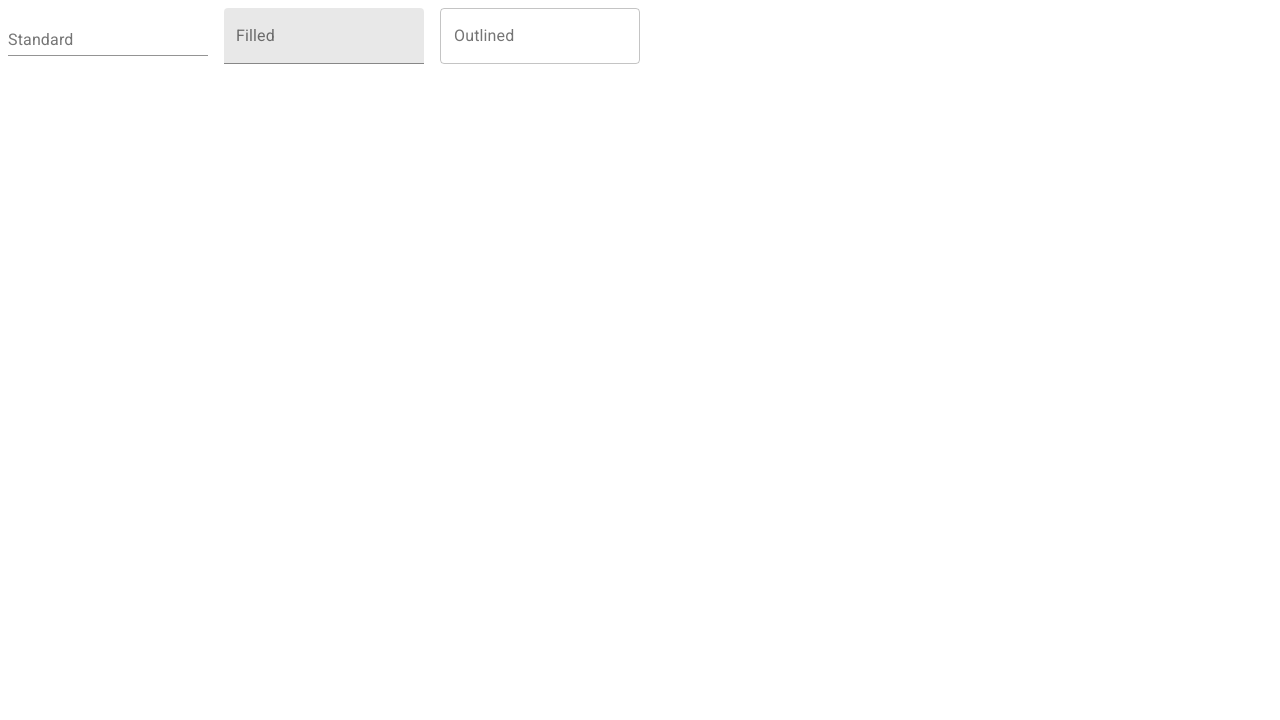
Repository: ukiyah/test
Page: /form_daily_report (app in src/)
The author's editor kept a copy of each file at every save. The page is drawn from the files as they stood at one save, then again after the next save.
The browser window is 1280 px wide. The pictures show the whole page.
The project was rebuilt for these pictures with package versions that can differ from the ones it lists, and the page was loaded fresh each time. Also part of the build but not shown: src/Button.js, src/proposal/Table.js, src/proposal/list_proposal.js, src/Title.js, src/Chart.js, src/Deposits.js, src/Orders.js, src/Dashboard.js and 8 more.

Above is the page before, as saved 2020-02-26 13:31:02.

### src/index.css
body {
  margin: 0;
  font-family: -apple-system, BlinkMacSystemFont, 'Segoe UI', 'Roboto', 'Oxygen',
    'Ubuntu', 'Cantarell', 'Fira Sans', 'Droid Sans', 'Helvetica Neue',
    sans-serif;
  -webkit-font-smoothing: antialiased;
  -moz-osx-font-smoothing: grayscale;
}

code {
  font-family: source-code-pro, Menlo, Monaco, Consolas, 'Courier New',
    monospace;
}

.button {
  color: #000;
}

h1 {
  text-align: center;
  color:#29B6F6;
  font-weight: normal;
}

### src/App.js
import React from 'react';
import 'typeface-roboto';
import {
  BrowserRouter,
  Route
} from "react-router-dom";
import list_proposal from "./proposal/list_proposal";
import Dashboard from "./Dashboard";
import list_interview from "./interview/list_interview";
import list_closing from "./closing/list_closing";
import list_appointment from "./appointment/list_appointment";
import list_daily_report from "./daily_report/list_daily_report";
import form_daily_report from "./daily_report/form_daily_report";
class App extends React.Component{

  render() {
    return (
      <div>

        <BrowserRouter>
          <div>
            <Route exact path="/" component={Dashboard} />
            <Route path="/list_proposal" component={list_proposal} />
            <Route path="/list_interview" component={list_interview} />
            <Route path="/list_closing" component={list_closing} />
            <Route path="/list_appointment" component={list_appointment} />
            <Route path="/list_daily_report" component={list_daily_report} />
            <Route path="/form_daily_report" component={form_daily_report} />
          </div>
        </BrowserRouter>
        {/* <ClippedDrawer /> */}
      </div>
    );
  }

}

export default App;

### src/daily_report/form_daily_report.js
import React from 'react';
import { makeStyles } from '@material-ui/core/styles';
import TextField from '@material-ui/core/TextField';

const useStyles = makeStyles(theme => ({
  root: {
    '& > *': {
      margin: theme.spacing(1),
      width: 200,
    },
  },
}));

export default function BasicTextFields() {
  const classes = useStyles();

  return (
    <form className={classes.root} noValidate autoComplete="off">
      <TextField id="standard-basic" label="Standard" />
      <TextField id="filled-basic" label="Filled" variant="filled" />
      <TextField id="outlined-basic" label="Outlined" variant="outlined" />
    </form>
  );
}

### src/Drawer.js
import React from 'react';
import { makeStyles } from '@material-ui/core/styles';
import Drawer from '@material-ui/core/Drawer';
import AppBar from '@material-ui/core/AppBar';
import CssBaseline from '@material-ui/core/CssBaseline';
import Toolbar from '@material-ui/core/Toolbar';
import Typography from '@material-ui/core/Typography';
import SimpleTable from "./proposal/Table";
import NestedList from "./NestedList";
const drawerWidth = 240;

const useStyles = makeStyles(theme => ({
  root: {
    display: 'flex',
  },
  appBar: {
    zIndex: theme.zIndex.drawer + 1,
  },
  drawer: {
    width: drawerWidth,
    flexShrink: 0,
  },
  drawerPaper: {
    width: drawerWidth,
  },
  content: {
    flexGrow: 1,
    padding: theme.spacing(3),
  },
  toolbar: theme.mixins.toolbar,
}));

export default function ClippedDrawer() {
  const classes = useStyles();

  return (
    <div className={classes.root}>
      <CssBaseline />
      <AppBar position="fixed" className={classes.appBar}>
        <Toolbar>
          <Typography variant="h6" noWrap>
            BudgetPerformanceManager
          </Typography>
        </Toolbar>
      </AppBar>
      <Drawer
        className={classes.drawer}
        variant="permanent"
        classes={{
          paper: classes.drawerPaper,
        }}
      >
        <div className={classes.toolbar} />
        <NestedList />
      </Drawer>

    </div>
  );
}

### src/daily_report/Table.js
import React from 'react';
import { makeStyles } from '@material-ui/core/styles';
import Table from '@material-ui/core/Table';
import TableBody from '@material-ui/core/TableBody';
import TableCell from '@material-ui/core/TableCell';
import TableContainer from '@material-ui/core/TableContainer';
import TableHead from '@material-ui/core/TableHead';
import TableRow from '@material-ui/core/TableRow';
import Paper from '@material-ui/core/Paper';
import ContainedButtons from "../Button";
import Button from '@material-ui/core/Button';
import Drawer from "../Drawer";

const useStyles = makeStyles({
  table: {
    minWidth: 650,
  },
});

function createData(date, name, impression) {
  return { date, name, impression};
}

const rows = [
  createData('2020/02/15', '山田太郎', '稼働中エンジニアの要望をしっ…'),
  createData('2020/02/15', '山田太郎', '稼働中エンジニアの要望をしっ…'),
  createData('2020/02/15', '山田太郎', '稼働中エンジニアの要望をしっ…'),
  createData('2020/02/15', '山田太郎', '稼働中エンジニアの要望をしっ…'),
  createData('2020/02/15', '山田太郎', '稼働中エンジニアの要望をしっ…'),
];

export default function SimpleTable() {
  const classes = useStyles();

  return (
    <div>
      <TableContainer component={Paper}>
        <Table className={classes.table} aria-label="simple table">
          <TableHead>
            <TableRow>
              <TableCell>日付</TableCell>
              <TableCell align="center">作成者</TableCell>
              <TableCell align="center">所感・自営業日の目標</TableCell>
              <TableCell align="center">編集</TableCell>
            </TableRow>
          </TableHead>
          <TableBody>
            {rows.map(row => (
              <TableRow key={row.date}>
                <TableCell component="th" scope="row">
                  {row.date}
                </TableCell>
                <TableCell align="center">{row.name}</TableCell>
                <TableCell align="center">{row.impression}</TableCell>

                <TableCell align="center">
                  <Button variant="contained" style={{marginLeft: 10}}>編集</Button>
                  <Button variant="contained" style={{marginLeft: 10}}>削除</Button>
                </TableCell>
              </TableRow>
            ))}
          </TableBody>
        </Table>
      </TableContainer>
    </div>

  );
}

### src/NestedList.js
import React from 'react';
import { makeStyles } from '@material-ui/core/styles';
import ListSubheader from '@material-ui/core/ListSubheader';
import List from '@material-ui/core/List';
import ListItem from '@material-ui/core/ListItem';
import ListItemIcon from '@material-ui/core/ListItemIcon';
import ListItemText from '@material-ui/core/ListItemText';
import Collapse from '@material-ui/core/Collapse';
import InboxIcon from '@material-ui/icons/MoveToInbox';
import DraftsIcon from '@material-ui/icons/Drafts';
import SendIcon from '@material-ui/icons/Send';
import ExpandLess from '@material-ui/icons/ExpandLess';
import ExpandMore from '@material-ui/icons/ExpandMore';
import StarBorder from '@material-ui/icons/StarBorder';
import AccountCircle from '@material-ui/icons/AccountCircle';
import Divider from '@material-ui/core/Divider';
import Link from '@material-ui/core/Link';
const useStyles = makeStyles(theme => ({
  root: {
    width: '100%',
    maxWidth: 360,
    backgroundColor: theme.palette.background.paper,
  },
  nested: {
    paddingLeft: theme.spacing(4),
  },
}));

export default function NestedList() {
  const classes = useStyles();
  const [open1, setOpen1] = React.useState(true);
  const [open2, setOpen2] = React.useState(true);
  const [open3, setOpen3] = React.useState(true);
  const [open4, setOpen4] = React.useState(true);

  const handleClick1 = () => {
    setOpen1(!open1);
  };
  const handleClick2 = () => {
    setOpen2(!open2);
  };
  const handleClick3 = () => {
    setOpen3(!open3);
  };
  const handleClick4 = () => {
    setOpen4(!open4);
  };
  return (
    <List
      component="nav"
      aria-labelledby="nested-list-subheader"
      subheader={
        <ListSubheader component="div" id="nested-list-subheader">
          BudgetPerformanceManager
        </ListSubheader>
      }
      className={classes.root}
    >
      <div style={{ marginTop: 10, marginBottom: 10 }}>
        <ListItem button onClick={handleClick1}>
          <ListItemIcon>
            <AccountCircle />
          </ListItemIcon>
          <ListItemText primary="Ukiya Horibe" />
          {open1 ? <ExpandLess /> : <ExpandMore />}
        </ListItem>
        <Collapse in={open1} timeout="auto" unmountOnExit>
          <List component="div" disablePadding>
            <ListItem button className={classes.nested}>
              {/* <ListItemIcon>
              <StarBorder />
            </ListItemIcon> */}
              <ListItemText primary="設定" />
            </ListItem>
            <ListItem button className={classes.nested}>
              <ListItemText primary="ログアウト" />
            </ListItem>
          </List>
        </Collapse>
      </div>
      <Divider light />
      <div style={{ marginTop: 10 }}>
        <ListItem button onClick={handleClick2}>
          <Link href="form_daily_report" >
            <ListItemText primary="日報入力" />
          </Link>
          {open2 ? <ExpandLess /> : <ExpandMore />}
        </ListItem>
        <Collapse in={open2} timeout="auto" unmountOnExit>
          <List component="div" disablePadding>
            <ListItem button className={classes.nested}>
              <ListItemText primary="提案" />
            </ListItem>
            <ListItem button className={classes.nested}>
              <ListItemText primary="アポイント報告" />
            </ListItem>
            <ListItem button className={classes.nested}>
              <ListItemText primary="訪問報告" />
            </ListItem>
          </List>
        </Collapse>
      </div>
      <div style={{ marginTop: 10 }}>
        <ListItem button onClick={handleClick3}>
          <Link href="list_interview" >
            <ListItemText primary="面談一覧" />
          </Link>

          {open3 ? <ExpandLess /> : <ExpandMore />}
        </ListItem>
        <Collapse in={open3} timeout="auto" unmountOnExit>
          <List component="div" disablePadding>
            <ListItem button className={classes.nested}>
              <ListItemText primary="調整中" />
            </ListItem>
            <ListItem button className={classes.nested}>
              <ListItemText primary="設定済" />
            </ListItem>
            <ListItem button className={classes.nested}>
              <ListItemText primary="実施済" />
            </ListItem>
          </List>
        </Collapse>
      </div>
      <div style={{ marginTop: 10 }}>
        <ListItem button>
          <Link href="/list_daily_report" >
            <ListItemText primary="日報一覧" />
          </Link>
        </ListItem>
      </div>
      <div style={{ marginTop: 10 }}>
        <ListItem button onClick={handleClick4}>
          <ListItemText primary="その他の一覧" />

          {open4 ? <ExpandLess /> : <ExpandMore />}
        </ListItem>
        <Collapse in={open4} timeout="auto" unmountOnExit>
          <List component="div" disablePadding>
            <ListItem button className={classes.nested}>
              <Link href="/list_proposal" >
                <ListItemText primary="提案" />
              </Link>

            </ListItem>
            <ListItem button className={classes.nested}>
              <Link href="/list_closing" >
                <ListItemText primary="成約" />
              </Link>
            </ListItem>
            <ListItem button className={classes.nested}>
              <Link href="/list_appointment" >
                <ListItemText primary="架電報告" />
              </Link>
            </ListItem>
          </List>
        </Collapse>
      </div>
    </List>
  );
}

Loaded but not shown: src/index.js (common file); src/serviceWorker.js (common file)

After the next save:
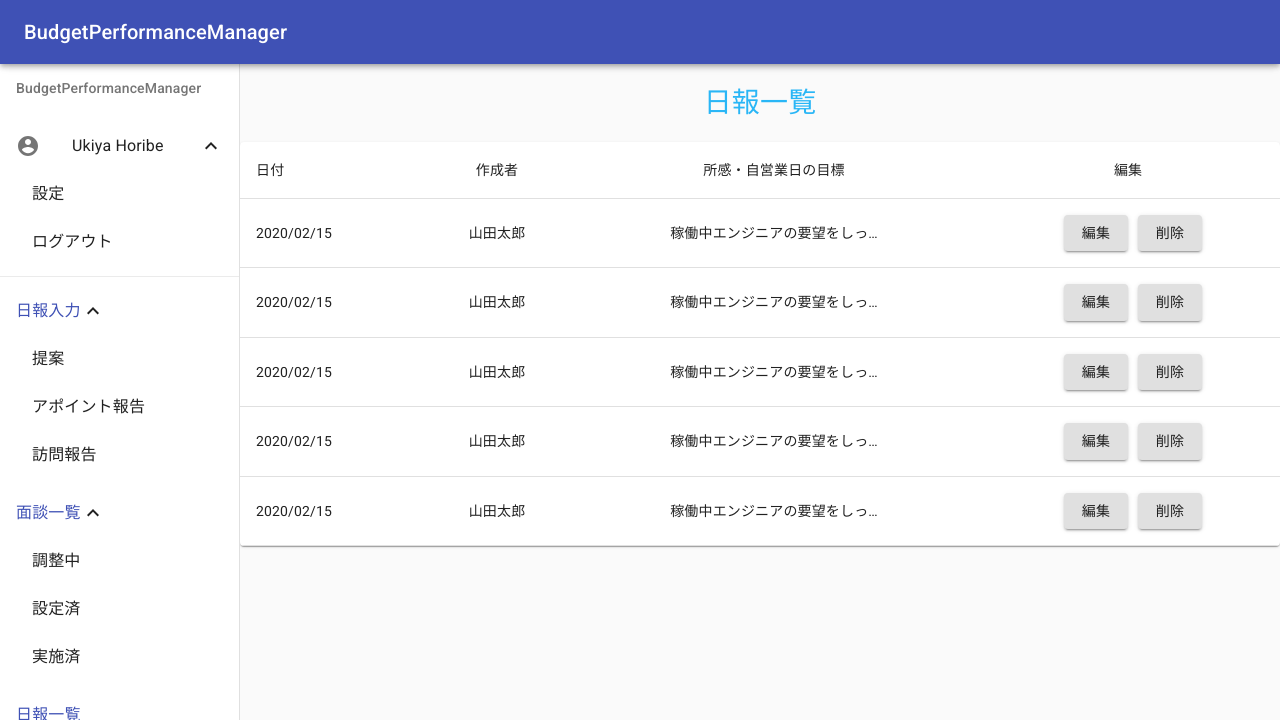
Saved 5 min 7 s later.
--- a/src/daily_report/form_daily_report.js
+++ b/src/daily_report/form_daily_report.js
@@ -1,24 +1,36 @@
 import React from 'react';
 import { makeStyles } from '@material-ui/core/styles';
-import TextField from '@material-ui/core/TextField';
+import CssBaseline from '@material-ui/core/CssBaseline';
+
+import Drawer from "../Drawer";
+import Table from "./Table";
 
 const useStyles = makeStyles(theme => ({
   root: {
-    '& > *': {
-      margin: theme.spacing(1),
-      width: 200,
-    },
+    display: 'flex',
   },
+  appBarSpacer: theme.mixins.toolbar,
+  content: {
+    flexGrow: 1,
+    height: '100vh',
+    overflow: 'auto',
+  },
+
+
 }));
 
-export default function BasicTextFields() {
+export default function Dashboard() {
   const classes = useStyles();
 
   return (
-    <form className={classes.root} noValidate autoComplete="off">
-      <TextField id="standard-basic" label="Standard" />
-      <TextField id="filled-basic" label="Filled" variant="filled" />
-      <TextField id="outlined-basic" label="Outlined" variant="outlined" />
-    </form>
+    <div className={classes.root}>
+      <CssBaseline />
+      <Drawer />
+      <main className={classes.content}>
+        <div className={classes.appBarSpacer} />
+        <h1>日報一覧</h1>
+        <Table />
+      </main>
+    </div>
   );
 }
